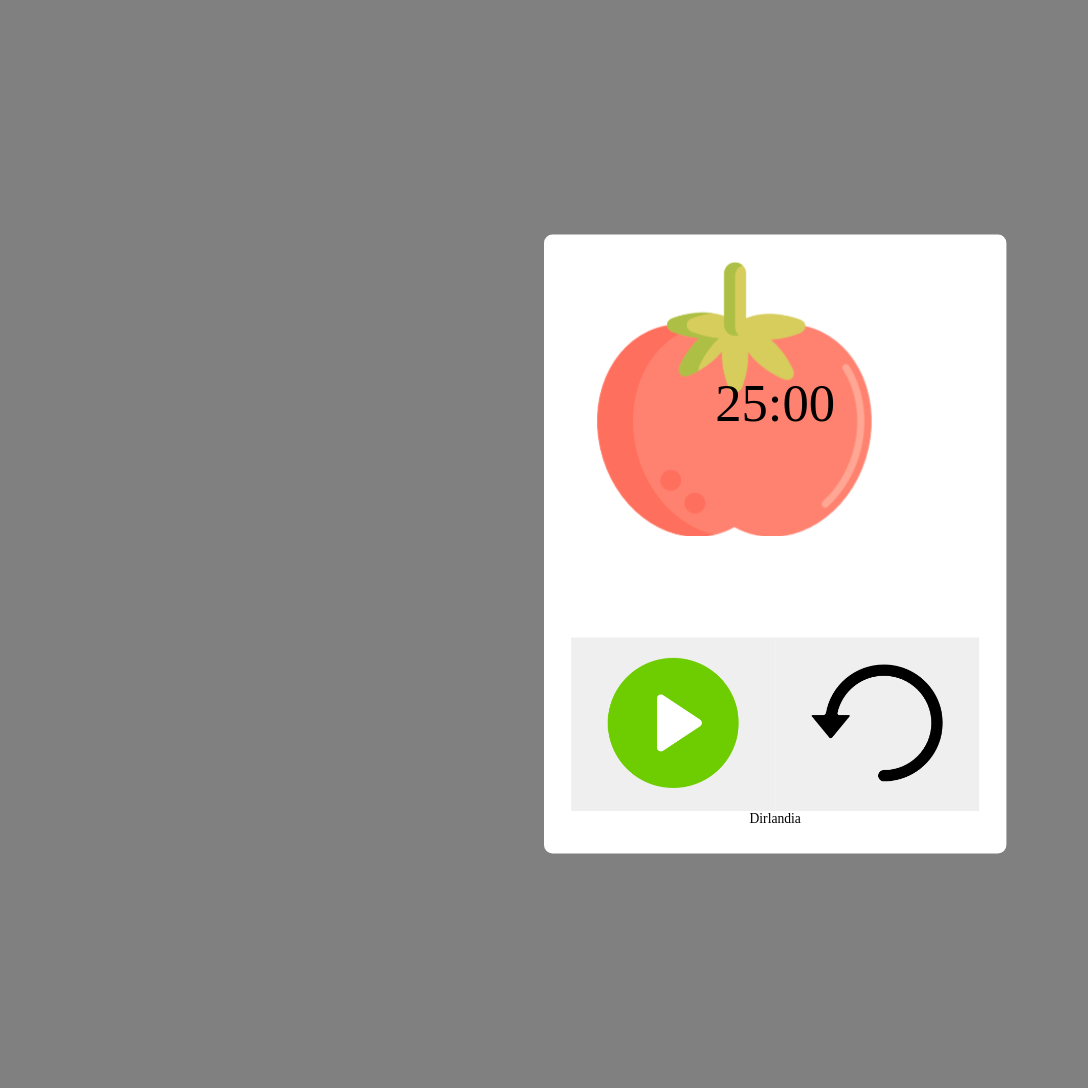
Repository: Dirlandia404/pomodoro
Page: /
The author's editor kept a copy of each file at every save. The page is drawn from the files as they stood at one save, then again after the next save.
The browser window is 1280 px wide. The pictures show the whole page, at 85% of full size.
The project was rebuilt for these pictures with package versions that can differ from the ones it lists, and the page was loaded fresh each time.

Above is the page before, as saved 2021-11-25 10:31:42.

### public/index.html
<!DOCTYPE html>
<html lang="en">

<head>
  <meta charset="utf-8" />
  <link rel="icon" href="%PUBLIC_URL%/image 1.png" />
  <meta name="viewport" content="width=device-width, initial-scale=1" />
  <meta name="theme-color" content="#000000" />
  <meta name="description" content="Web site created using create-react-app" />
  <link rel="apple-touch-icon" href="%PUBLIC_URL%/logo192.png" />
  <!--
      manifest.json provides metadata used when your web app is installed on a
      user's mobile device or desktop. See https://developers.google.com/web/fundamentals/web-app-manifest/
    -->
  <link rel="manifest" href="%PUBLIC_URL%/manifest.json" />
  <!--
      Notice the use of %PUBLIC_URL% in the tags above.
      It will be replaced with the URL of the `public` folder during the build.
      Only files inside the `public` folder can be referenced from the HTML.

      Unlike "/favicon.ico" or "favicon.ico", "%PUBLIC_URL%/favicon.ico" will
      work correctly both with client-side routing and a non-root public URL.
      Learn how to configure a non-root public URL by running `npm run build`.
    -->
  <title>Pomodoro Clock</title>
</head>

<body>
  <noscript>You need to enable JavaScript to run this app.</noscript>
  <div id="root"></div>
  <!--
      This HTML file is a template.
      If you open it directly in the browser, you will see an empty page.

      You can add webfonts, meta tags, or analytics to this file.
      The build step will place the bundled scripts into the <body> tag.

      To begin the development, run `npm start` or `yarn start`.
      To create a production bundle, use `npm run build` or `yarn build`.
    -->
</body>

</html>

### src/index.jsx
import React from "react";
import ReactDOM from "react-dom";
import Clock from "./componentes/Primeiro";

function App() {
    const  tempo ={time:25};

    return(
        <div className="App">
            <Clock trabalho={tempo} />
        </div>
    );
}
ReactDOM.render(
    <App />,
    document.getElementById("root")
)

### src/componentes/Primeiro.jsx
import { useEffect, useState } from "react";
import "./componente.css";

function Clock(props){
  const [time, setTime] = useState(25);

    const tick = () =>{
        if(time === 0){
            reset();
        }else{
            setTime([time -1]);
        }
    }
    const reset = () => setTime(parseInt(time));

    useEffect(() =>{
        const timerId = setInterval(() => tick, 60);
        return () => clearInterval(timerId)
    })
    return (
        <main>
            <form action="">
                <img src="/tomato.svg" alt="Tomate" />
                <p className="time">25:00</p>
                <div className="butoes">
                    <button className="play">
                        <img src="./botao-play.png" alt="" />
                    </button>

                    <button className="reset">
                        <img src="./seta-circular.png" alt="" />
                    </button>
                </div>
            </form>
           <p >Dirlandia</p>
        </main>
    );
}

export default Clock

### src/componentes/componente.css
*{
    margin: 0;
    border: 0;
    padding: 0;
}
body{
    background-color: grey;
    min-width: 100vw;
    min-height: 100vw;
    display: flex;

    text-align: center;
    align-items: center;
    justify-content: center;
}
main {
    background-color: white;
    min-width: 320px;
    max-width: 50%;
    min-height: 40vw;
    margin-left: 50%;

    justify-content: center;

    padding: 2rem;
    border-radius: 10px;

}

form{
    display: flex;
    flex-direction: column;
}

img{
    width: 80%;
}
p.time {
    padding: 10%;
    font-size: 62px;
    margin-top: -50%;
}
div.butoes{
    align-items: center;
}
button{
    padding: 5%;
    margin-top: 40%;
    width: 50%;
}

After the next save:
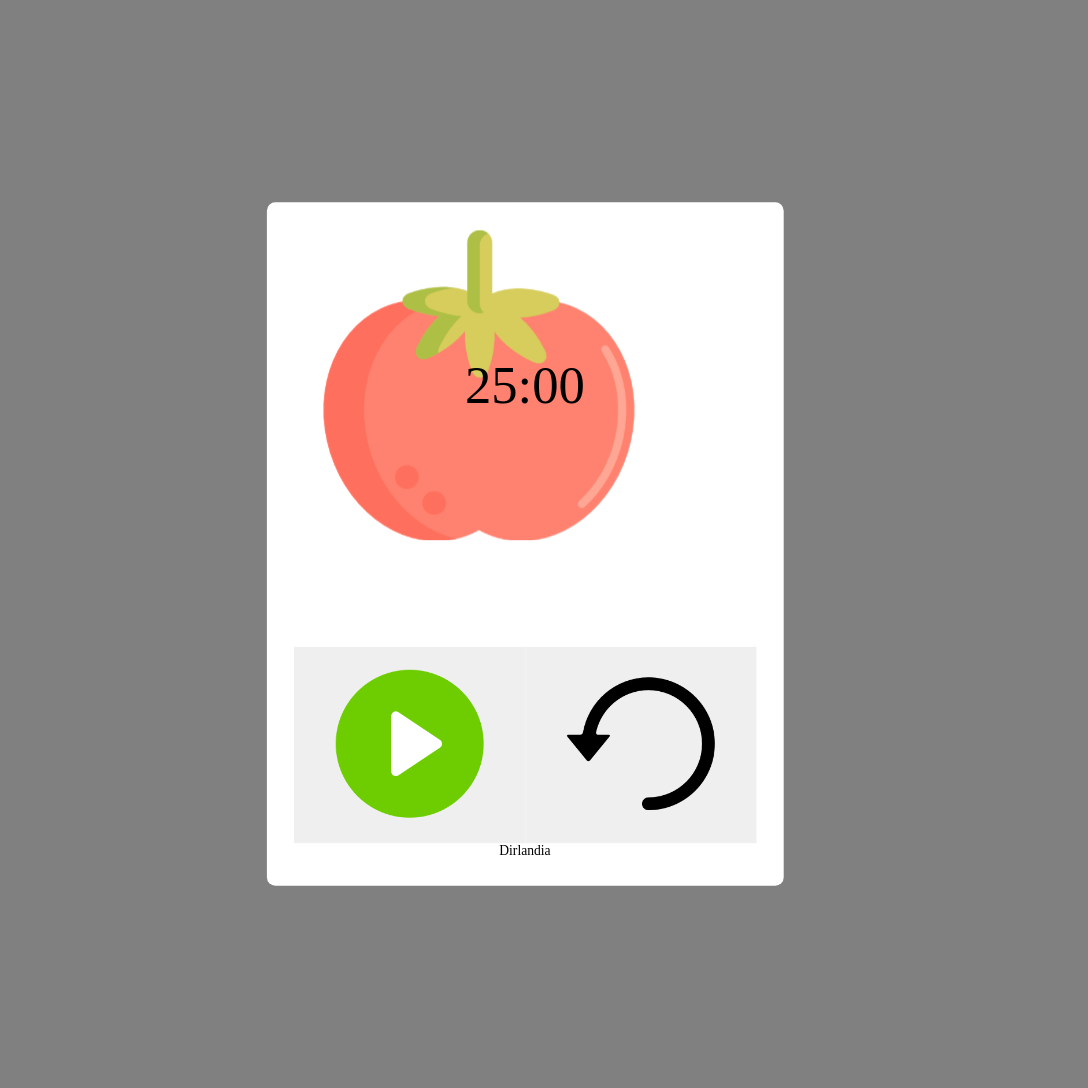
Saved 9 s later.
--- a/src/componentes/componente.css
+++ b/src/componentes/componente.css
@@ -18,7 +18,7 @@ main {
     min-width: 320px;
     max-width: 50%;
     min-height: 40vw;
-    margin-left: 50%;
+    margin-left: 20%;
 
     justify-content: center;
 
